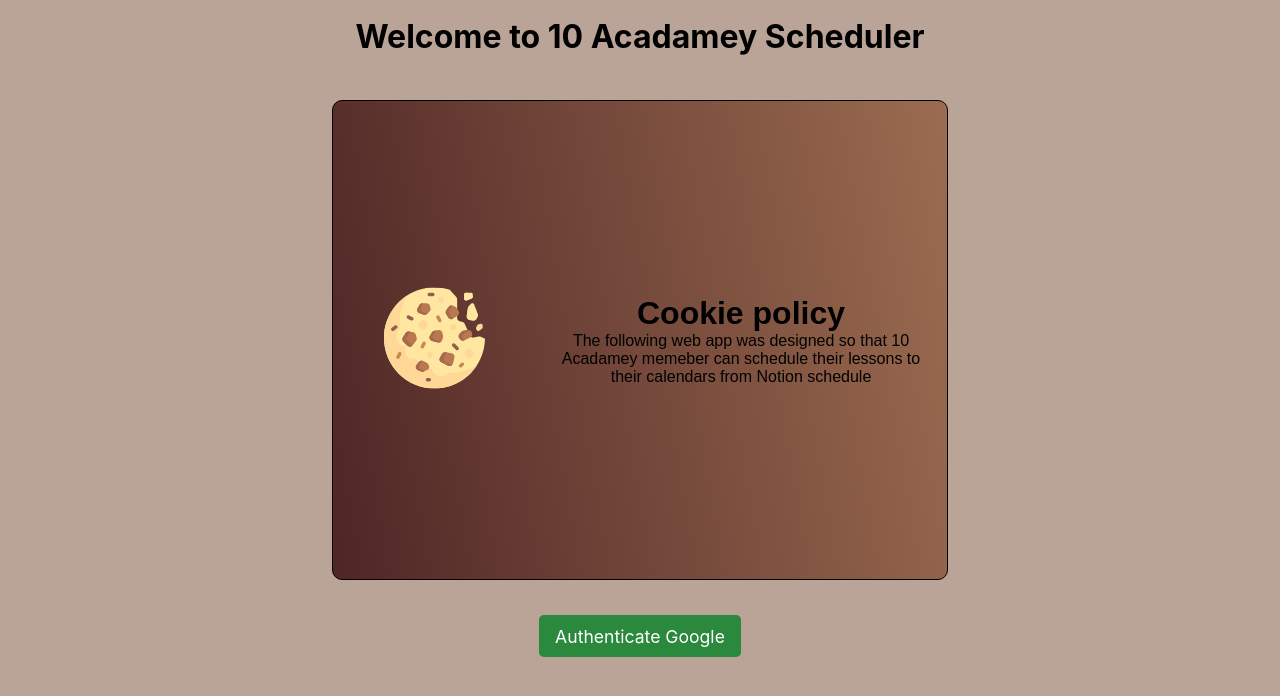
Repository: nebilarega/calendar-extractor
Page: / (app in frontend/)
These files come from the project's save history. The page is drawn as it stood at one moment and after the next save; the edit follows.
The browser window is 1280 px wide. The pictures show the whole page.
The project was rebuilt for these pictures with package versions that can differ from the ones it lists, and the page was loaded fresh each time.

Above is the page before, as saved 2022-08-25 00:01:16.

After the next save:
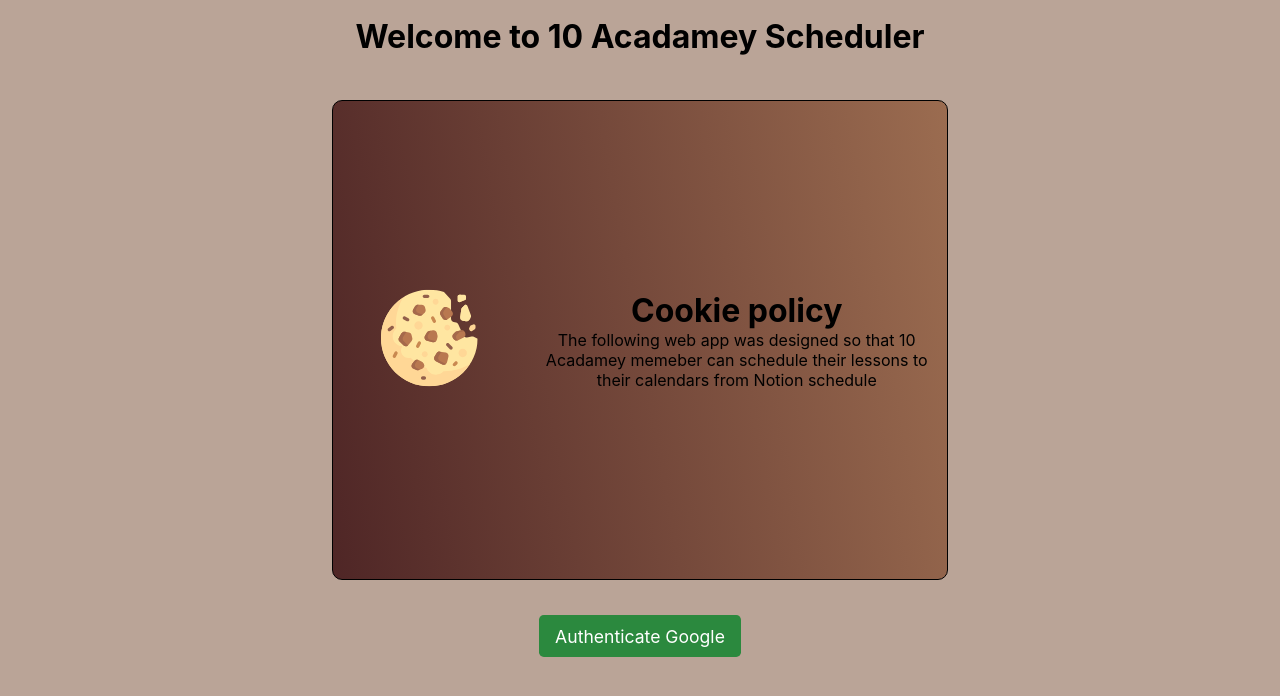
Saved 46 s later.
--- a/frontend/src/css/landing.css
+++ b/frontend/src/css/landing.css
@@ -120,7 +120,6 @@
   justify-content: space-around;
   align-items: center;
   padding: 1rem;
-  font-family: "Poppins", sans-serif;
 }
 svg {
   width: 50%;
